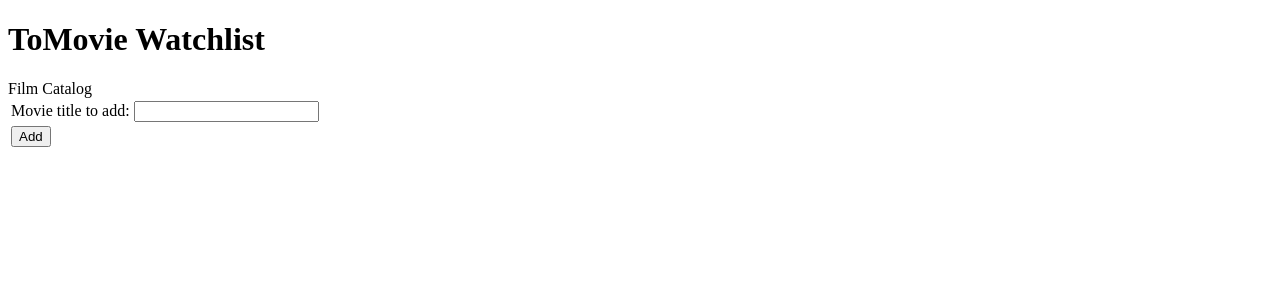
Repository: dannie-su-sjsu/CS157A-team6
Page: http://localhost/ToMovie/movie.jsp
These files come from the project's save history. The page is drawn as it stood at one moment and after a run of saves; the edit follows.
The browser window is 1280 px wide. The pictures show the whole page.
The page is served by Tomcat 9. Other server files are loaded and not shown. Queries for data that is not in the repository find no rows.

Above is the page before, as saved 2023-07-16 02:53:30.

### ToMovie/src/main/webapp/movie.jsp
<%@ page language="java" contentType="text/html; \charset=UTF-8"
	pageEncoding="UTF-8"%>
<%@page import = "java.sql.*"%>
<!DOCTYPE html>
<html>
<head>
<meta charset="UTF-8">
<title>MovieList</title>
</head>
<body>
<%
try{
	//establishing connection with MySQL database
	Class.forName("com.mysql.cj.jdbc.Driver").newInstance();
	Connection con =  DriverManager.getConnection("jdbc:mysql://localhost:3306/cs157aprojectteam6","root","Halo4mlg!");

	//*** DISPLAYING MOVIE TABLE ***///
	//check if Movie table is empty
	PreparedStatement display = con.prepareStatement("SELECT * FROM cs157aprojectteam6.Movie");
	ResultSet showDisplay = display.executeQuery();

}
catch(Exception e){
	e.getStackTrace();
}
%>
<div align = left>
<h1>ToMovie Watchlist</h1>
</div>
Film Catalog

<form action ="MovieServlet" method="post">
<table>
<tr><td> Movie title to add: </td><td><input type = text name = title></td></tr>
<tr><td><input type = submit value = Add></td></tr>
</table>
</form>
</body>
</html>

After the next 3 saves:
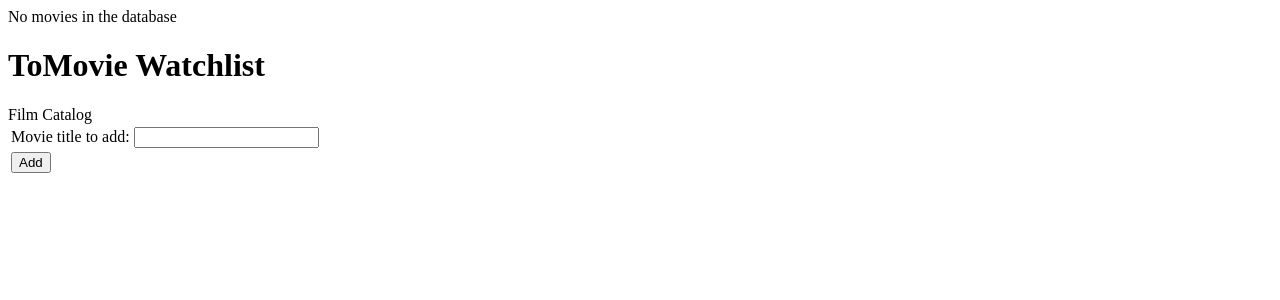
The 3 saves are shown as one change because 2 did not build or start.
The last was saved 25 min 47 s later.
--- a/ToMovie/src/main/webapp/movie.jsp
+++ b/ToMovie/src/main/webapp/movie.jsp
@@ -1,6 +1,6 @@
 <%@ page language="java" contentType="text/html; \charset=UTF-8"
 	pageEncoding="UTF-8"%>
-<%@page import = "java.sql.*"%>
+<%@ page import = "java.sql.*"%>
 <!DOCTYPE html>
 <html>
 <head>
@@ -11,14 +11,25 @@
 <%
 try{
 	//establishing connection with MySQL database
-	Class.forName("com.mysql.cj.jdbc.Driver").newInstance();
-	Connection con =  DriverManager.getConnection("jdbc:mysql://localhost:3306/cs157aprojectteam6","root","Halo4mlg!");
+	Class.forName("com.mysql.cj.jdbc.Driver");
+	Connection con = DriverManager.getConnection("jdbc:mysql://localhost:3306/cs157aprojectteam6","root","Halo4mlg!");
 
 	//*** DISPLAYING MOVIE TABLE ***///
 	//check if Movie table is empty
 	PreparedStatement display = con.prepareStatement("SELECT * FROM cs157aprojectteam6.Movie");
 	ResultSet showDisplay = display.executeQuery();
-
+	if(showDisplay.next()==false){
+		out.println("No movies in the database");
+	}
+	else{%>
+		<table>
+		<tr><th>movie ID></th><th>title</th><th>year</th></tr> <%
+		do
+		{ %>
+			<tr><td><%= showDisplay.getString(1) %></td><td><%= showDisplay.getString(2) %></td><td><%= showDisplay.getString(3) %></td></tr><%
+		}while(showDisplay.next());%>
+		</table><%
+	}
 }
 catch(Exception e){
 	e.getStackTrace();
